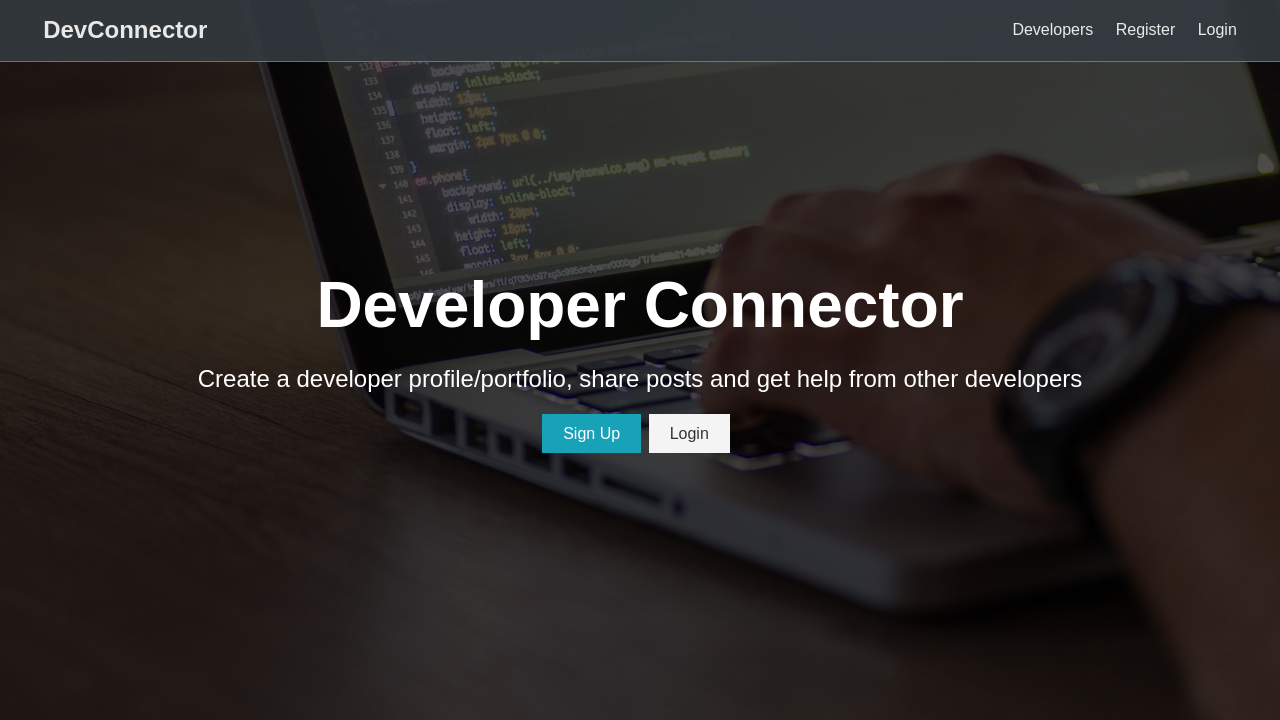
Repository: ErikBaer/devConnector
Page: /register (app in client/)
These files come from the project's save history. The page is drawn as it stood at one moment and after the next save; the edit follows.
The browser window is 1280 px wide. The pictures show the whole page.
Some icons come from a web library that is not loaded, so they are not drawn. Some web libraries are served in a nearby version. The project was rebuilt for these pictures with package versions that can differ from the ones it lists, and the page was loaded fresh each time.

Above is the page before, as saved 2020-04-09 23:12:26.

### client/public/index.html
<!DOCTYPE html>
<html lang="en">

<head>
  <meta charset="utf-8" />
  <link rel="icon" href="%PUBLIC_URL%/favicon.ico" />
  <meta name="viewport" content="width=device-width, initial-scale=1" />
  <meta name="theme-color" content="#000000" />
  <meta name="description" content="Web site created using create-react-app" />
  <link rel="apple-touch-icon" href="%PUBLIC_URL%/logo192.png" />
  <link rel="stylesheet" href="https://cdnjs.cloudflare.com/ajax/libs/font-awesome/5.13.0/js/all.min.js">
  <link rel="manifest" href="%PUBLIC_URL%/manifest.json" />

  <title>Welcome to devConnector</title>
</head>

<body>
  <noscript>You need to enable JavaScript to run this app.</noscript>
  <div id="root"></div>

</body>

</html>

### client/src/App.js
import React, {
  Fragment
} from 'react';
import Navbar from './components/layout/Navbar';
import Landing from './components/layout/Landing';
import './App.css';

const App = () =>
  <Fragment >
    <Navbar />
    <Landing />
  </Fragment>

export default App;

### client/src/components/layout/Navbar.js
import React from 'react'

export const Navbar = () => {
    return (
        <nav className="navbar bg-dark">
            <h1>
                <a href="index.html"><i className="fas fa-code"></i> DevConnector</a>
            </h1>
            <ul>
                <li><a href="profiles.html">Developers</a></li>
                <li><a href="register.html">Register</a></li>
                <li><a href="login.html">Login</a></li>
            </ul>
        </nav>
    )
}

export default Navbar;

### client/src/components/layout/Landing.js
import React from 'react'

export const Landing = () => {
    return (
        <section className="landing">
            <div className="dark-overlay">
                <div className="landing-inner">
                    <h1 className="x-large">Developer Connector</h1>
                    <p className="lead">
                        Create a developer profile/portfolio, share posts and get help from
                        other developers
          </p>
                    <div className="buttons">
                        <a href="register.html" className="btn btn-primary">Sign Up</a>
                        <a href="login.html" className="btn btn-light">Login</a>
                    </div>
                </div>
            </div>
        </section>
    )
}

export default Landing;

### client/src/App.css
:root {
  --primary-color: #17a2b8;
  --dark-color: #343a40;
  --light-color: #f4f4f4;
  --danger-color: #dc3545;
  --success-color: #28a745;
}

* {
  box-sizing: border-box;
  margin: 0;
  padding: 0;
}

body {
  font-family: 'Raleway', sans-serif;
  font-size: 1rem;
  line-height: 1.6;
  background-color: #fff;
  color: #333;
}

a {
  color: var(--primary-color);
  text-decoration: none;
}

ul {
  list-style: none;
}

img {
  width: 100%;
}

/* Utilities */
.container {
  max-width: 1100px;
  margin: auto;
  overflow: hidden;
  padding: 0 2rem;
  margin-top: 6rem;
  margin-bottom: 3rem;
}

/* Text Styles*/
.x-large {
  font-size: 4rem;
  line-height: 1.2;
  margin-bottom: 1rem;
}

.large {
  font-size: 3rem;
  line-height: 1.2;
  margin-bottom: 1rem;
}

.lead {
  font-size: 1.5rem;
  margin-bottom: 1rem;
}

.text-center {
  text-align: center;
}

.text-primary {
  color: var(--primary-color);
}

.text-dark {
  color: var(--dark-color);
}

/* Padding */
.p {
  padding: 0.5rem;
}
.p-1 {
  padding: 1rem;
}
.p-2 {
  padding: 2rem;
}
.p-3 {
  padding: 3rem;
}
.py {
  padding: 0.5rem 0;
}
.py-1 {
  padding: 1rem 0;
}
.py-2 {
  padding: 2rem 0;
}
.py-3 {
  padding: 3rem 0;
}

/* Margin */
.m {
  margin: 0.5rem;
}
.m-1 {
  margin: 1rem;
}
.m-2 {
  margin: 2rem;
}
.m-3 {
  margin: 3rem;
}
.my {
  margin: 0.5rem 0;
}
.my-1 {
  margin: 1rem 0;
}
.my-2 {
  margin: 2rem 0;
}
.my-3 {
  margin: 3rem 0;
}

.btn {
  display: inline-block;
  background: var(--light-color);
  color: #333;
  padding: 0.4rem 1.3rem;
  font-size: 1rem;
  border: none;
  cursor: pointer;
  margin-right: 0.5rem;
  transition: opacity 0.2s ease-in;
  outline: none;
}

.badge {
  font-size: 0.8rem;
  padding: 0.1rem;
  text-align: center;
  margin: 0.3rem;
  background: var(--light-color);
  color: #333;
}

.alert {
  padding: 0.8rem;
  margin: 1rem 0;
  opacity: 0.9;
  background: var(--light-color);
  color: #333;
}

.btn-primary,
.bg-primary,
.badge-primary,
.alert-primary {
  background: var(--primary-color);
  color: #fff;
}

.btn-light,
.bg-light,
.badge-light,
.alert-light {
  background: var(--light-color);
  color: #333;
}

.btn-dark,
.bg-dark,
.badge-dark,
.alert-dark {
  background: var(--dark-color);
  color: #fff;
}

.btn-danger,
.bg-danger,
.badge-danger,
.alert-danger {
  background: var(--danger-color);
  color: #fff;
}

.btn-success,
.bg-success,
.badge-success,
.alert-success {
  background: var(--success-color);
  color: #fff;
}

.btn-white,
.bg-white,
.badge-white,
.alert-white {
  background: #fff;
  color: #333;
  border: #ccc solid 1px;
}

.btn:hover {
  opacity: 0.8;
}

.bg-light,
.badge-light {
  border: #ccc solid 1px;
}

.round-img {
  border-radius: 50%;
}

.line {
  height: 1px;
  background: #ccc;
  margin: 1.5rem 0;
}

/* Overlay */
.dark-overlay {
  background-color: rgba(0, 0, 0, 0.7);
  position: absolute;
  top: 0;
  left: 0;
  width: 100%;
  height: 100%;
}

/* Forms */
.form .form-group {
  margin: 1.2rem 0;
}

.form .form-text {
  display: block;
  margin-top: 0.3rem;
  color: #888;
}

.form input[type='text'],
.form input[type='email'],
.form input[type='password'],
.form input[type='date'],
.form select,
.form textarea {
  display: block;
  width: 100%;
  padding: 0.4rem;
  font-size: 1.2rem;
  border: 1px solid #ccc;
}

.form input[type='submit'],
button {
  font: inherit;
}

.form .social-input {
  display: flex;
}

.form .social-input i {
  padding: 0.5rem;
  width: 4rem;
}

.form .social-input i.fa-twitter {
  color: #38a1f3;
}
.form .social-input i.fa-facebook {
  color: #3b5998;
}
.form .social-input i.fa-instagram {
  color: #3f729b;
}
.form .social-input i.fa-youtube {
  color: #c4302b;
}
.form .social-input i.fa-linkedin {
  color: #0077b5;
}

.table th,
.table td {
  padding: 1rem;
  text-align: left;
}

.table th {
  background: var(--light-color);
}

/* Navbar */
.navbar {
  display: flex;
  justify-content: space-between;
  align-items: center;
  padding: 0.7rem 2rem;
  position: fixed;
  z-index: 1;
  width: 100%;
  top: 0;
  border-bottom: solid 1px var(--primary-color);
  opacity: 0.9;
}

.navbar ul {
  display: flex;
}

.navbar a {
  color: #fff;
  padding: 0.45rem;
  margin: 0 0.25rem;
}

.navbar a:hover {
  color: var(--primary-color);
}

.navbar .welcome span {
  margin-right: 0.6rem;
}

/* Landing Page */
.landing {
  position: relative;
  background: url('./img/showcase.jpg') no-repeat center center/cover;
  height: 100vh;
}

.landing-inner {
  color: #fff;
  height: 100%;
  width: 80%;
  margin: auto;
  display: flex;
  flex-direction: column;
  align-items: center;
  justify-content: center;
  text-align: center;
}

/* Profiles Page */
.profile {
  display: grid;
  grid-template-columns: 2fr 4fr 2fr;
  align-items: center;
  grid-gap: 2rem;
  padding: 1rem;
  line-height: 1.8;
  margin-bottom: 1rem;
}

/* Profile Page */
.profile-grid {
  display: grid;
  grid-template-areas:
    'top top'
    'about about'
    'exp edu'
    'github github';
  grid-gap: 1rem;
}

.profile-top {
  grid-area: top;
  display: flex;
  flex-direction: column;
  align-items: center;
  justify-content: center;
  text-align: center;
}

.profile-top img {
  width: 250px;
}

.profile-top .icons a {
  color: #fff;
  margin: 0 0.3rem;
}

.profile-top .icons a:hover {
  color: var(--dark-color);
}

.profile-about {
  grid-area: about;
  text-align: center;
}

.profile-about .skills {
  display: flex;
  align-items: center;
  justify-content: center;
  text-align: center;
}

.profile-exp {
  grid-area: exp;
}

.profile-edu {
  grid-area: edu;
}

.profile-exp h2,
.profile-edu h2 {
  margin-bottom: 1rem;
}

.profile-exp > div,
.profile-edu > div {
  margin-bottom: 1rem;
  padding-bottom: 1rem;
  border-bottom: #ccc 1px dotted;
}

.profile-exp > div:last-child,
.profile-edu > div:last-child {
  border: 0;
}

.profile-exp p,
.profile-edu p {
  margin: 0.5rem 0;
}

.profile-github {
  grid-area: github;
}

.profile-github .repo {
  display: flex;
}

.profile-github .repo > div:first-child {
  flex: 7;
  flex-basis: 70%;
}

.profile-github > div:last-child {
  flex: 3;
  flex-basis: 20%;
}

/* Posts Page */
.post-form .post-form-header {
  background: var(--primary-color);
  padding: 0.5rem;
}

.post {
  display: grid;
  grid-template-columns: 1fr 4fr;
  grid-gap: 2rem;
  align-items: center;
}

.post > div:first-child {
  text-align: center;
}

.post img {
  width: 100px;
}

.post .comment-count {
  background: var(--light-color);
  color: var(--primary-color);
  padding: 0.1rem 0.2rem;
  border-radius: 5px;
  font-size: 0.8rem;
}

.post .post-date {
  color: #aaa;
  font-size: 0.8rem;
  margin-bottom: 0.5rem;
}

/* Mobile Styles */
@media (max-width: 700px) {
  .container {
    margin-top: 8rem;
  }

  .hide-sm {
    display: none;
  }

  /* Text Styles */
  .x-large {
    font-size: 3rem;
  }

  .large {
    font-size: 2rem;
  }

  .lead {
    font-size: 1rem;
  }

  /* Navbar */
  .navbar {
    display: block;
    text-align: center;
  }

  .navbar ul {
    text-align: center;
    justify-content: center;
  }

  .navbar h1 {
    margin-bottom: 1rem;
  }

  .navbar .welcome {
    display: none;
  }

  /* Profiles Page */
  .profile {
    grid-template-columns: 1fr;
    text-align: center;
  }

  .profile ul {
    display: none;
  }

  /* Profile Page */

  .profile-top img,
  .profile img {
    width: 200px;
    margin: auto;
  }

  .profile-grid {
    grid-template-areas:
      'top'
      'about'
      'exp'
      'edu'
      'github';
  }

  .profile-about .skills {
    flex-direction: column;
  }

  .dash-buttons a {
    display: block;
    width: 100%;
    margin-bottom: 0.2rem;
  }

  .post {
    grid-template-columns: 1fr;
  }
  .post a,
  .post button {
    padding: 0.3rem 0.4rem;
  }
}

Loaded but not shown: client/src/index.js (common file)

After the next save:
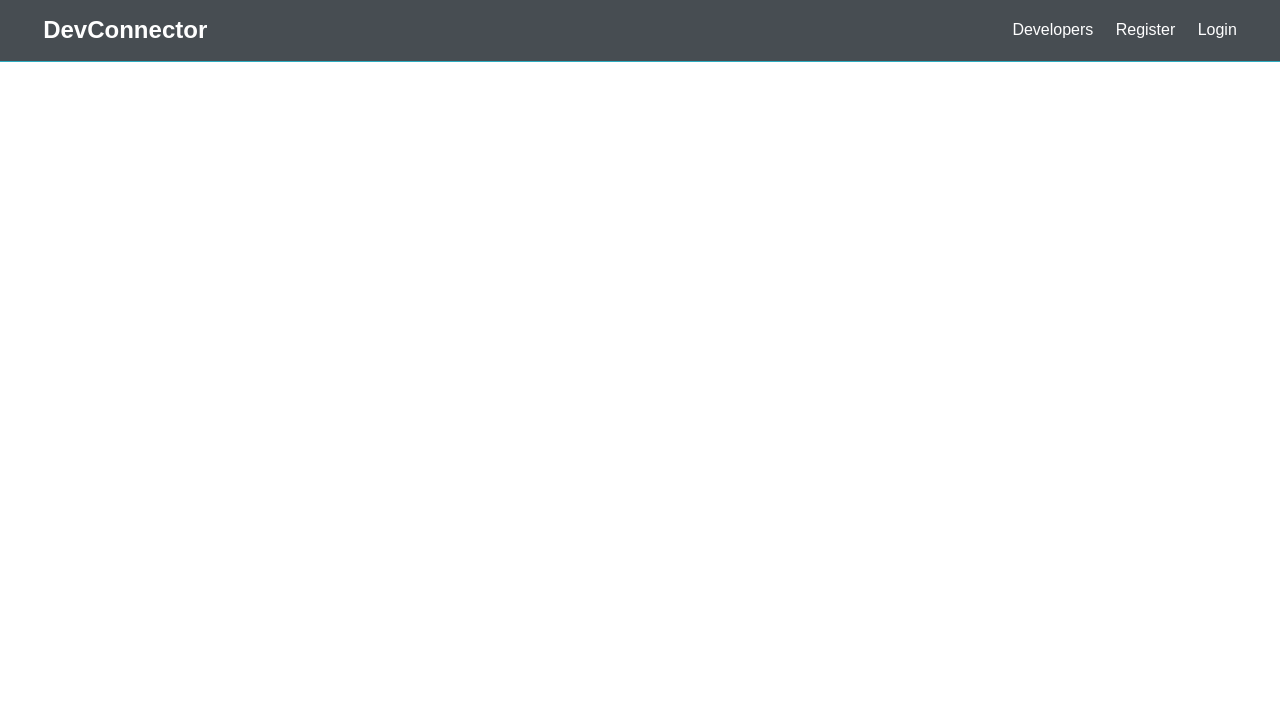
Saved 118 min 37 s later.
--- a/client/src/App.js
+++ b/client/src/App.js
@@ -1,14 +1,18 @@
 import React, {
   Fragment
 } from 'react';
+import { BrowserRouter as Router, Route, Switch } from 'react-router-dom';
 import Navbar from './components/layout/Navbar';
 import Landing from './components/layout/Landing';
 import './App.css';
 
 const App = () =>
-  <Fragment >
-    <Navbar />
-    <Landing />
-  </Fragment>
+  <Router>
+    <Fragment >
+      <Navbar />
+      <Route exa />
+    </Fragment>
+  </Router>
+
 
 export default App;
